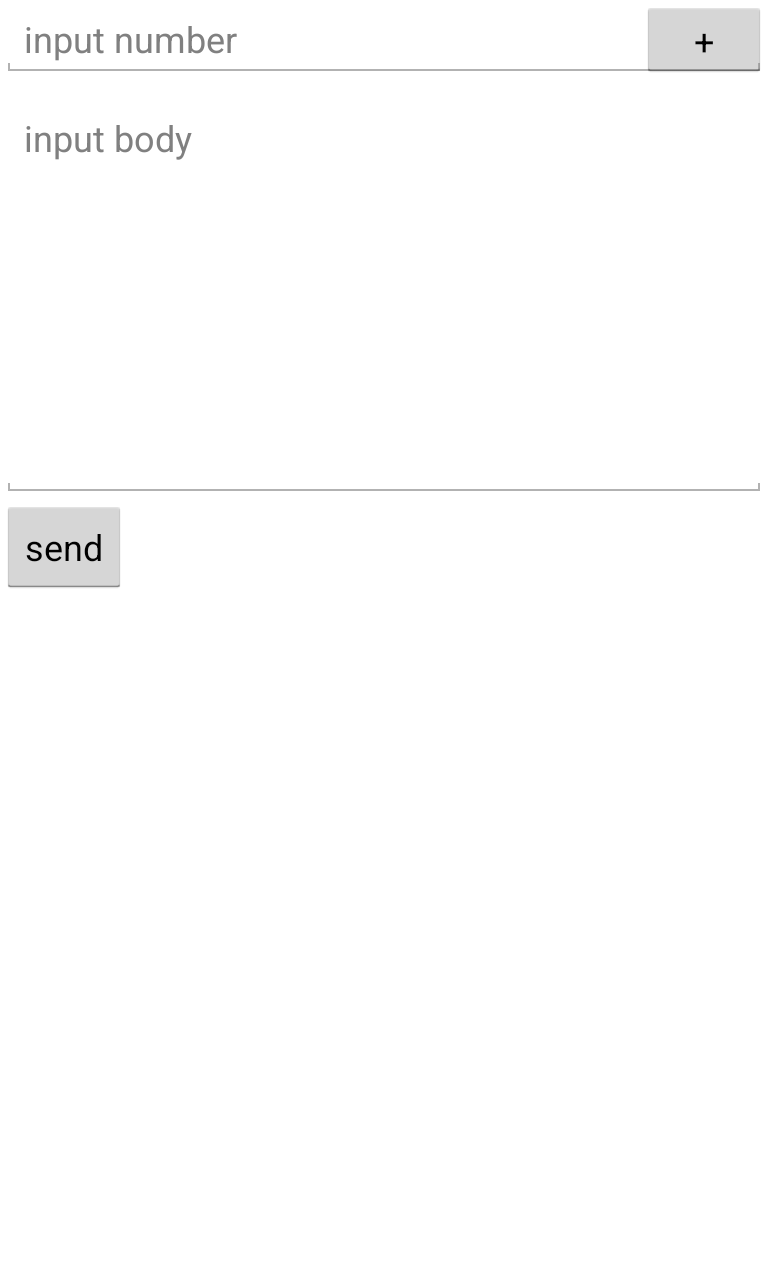
Repository: whoami-I/android
Layout: Activity/SendMessage/res/layout/activity_main.xml
These files come from the project's save history. The layout is drawn as it stood at one moment and after the next save; the edit follows.
It is drawn on a 768 x 1280 px phone screen (xhdpi) without system bars, with theme AppTheme; the app's code is not run. The app's manifest (not shown) leaves right-to-left support off. So textAlignment, textDirection and layoutDirection are ignored, and left and right values win over start and end ones.

Above is the layout before, as saved 2018-11-02 06:51:02.

After the next save:
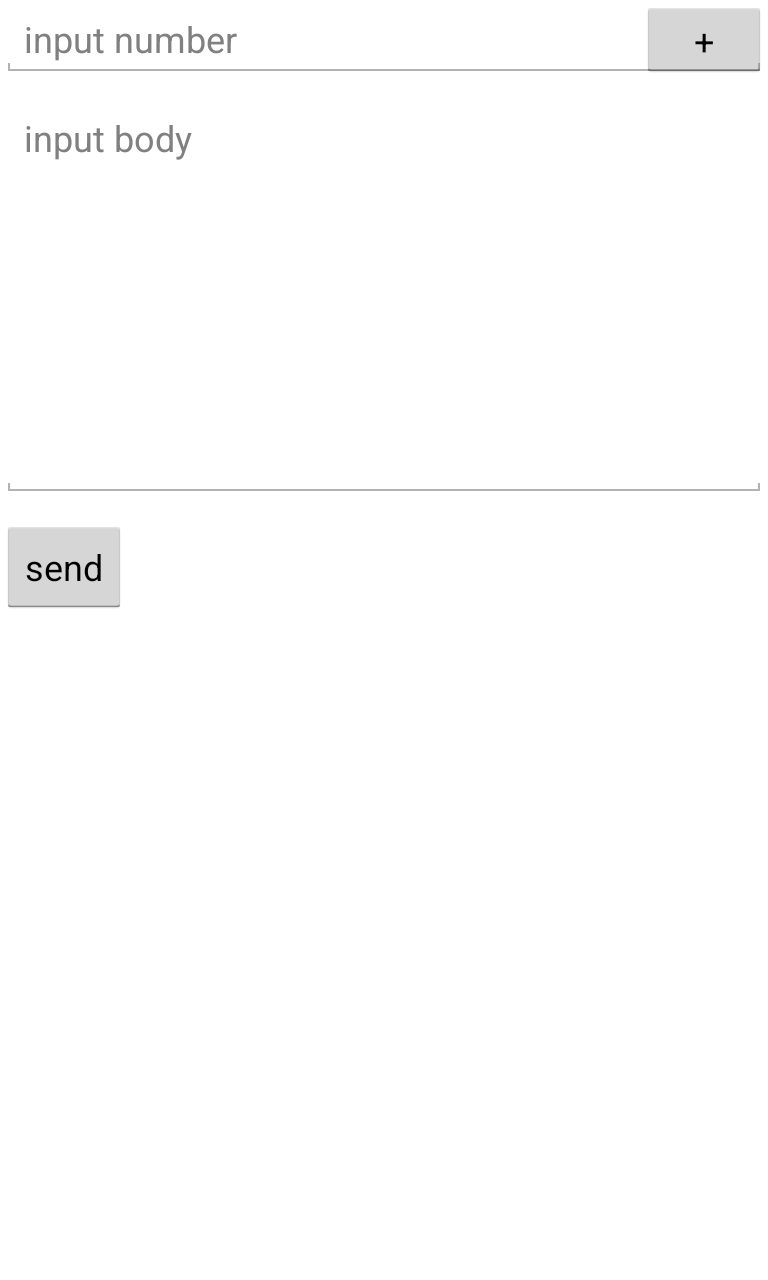
Saved 27 s later.
--- a/Activity/SendMessage/res/layout/activity_main.xml
+++ b/Activity/SendMessage/res/layout/activity_main.xml
@@ -34,7 +34,7 @@
     <Button
         android:layout_width="wrap_content"
         android:layout_height="wrap_content"
-        android:layout_marginEnd="1dp"
+        android:layout_marginTop="10dp"
         android:onClick="click_send"
         android:text="send" />
 
